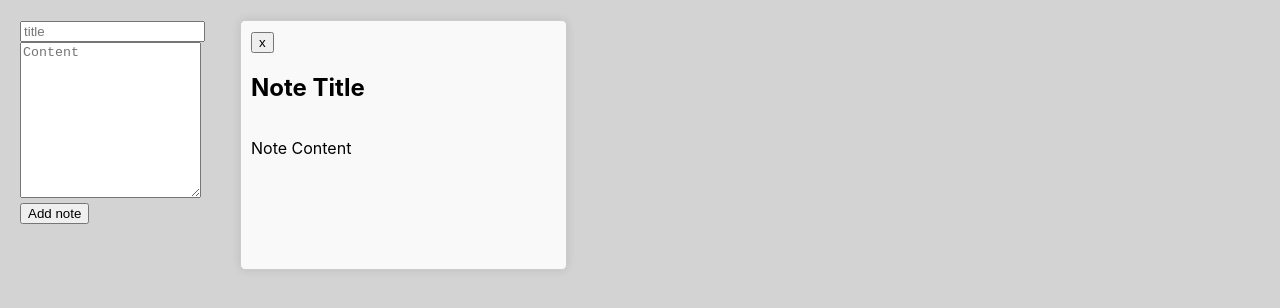
Repository: karolina-rachuta/Notes_React_Node_Js
Page: /
An editor plug-in stored every save of this project. The page is shown before and after the next save, followed by the edit.
The browser window is 1280 px wide. The pictures show the whole page.
The project was rebuilt for these pictures with package versions that can differ from the ones it lists, and the page was loaded fresh each time.

Above is the page before, as saved 2024-08-10 21:45:15.

After the next save:
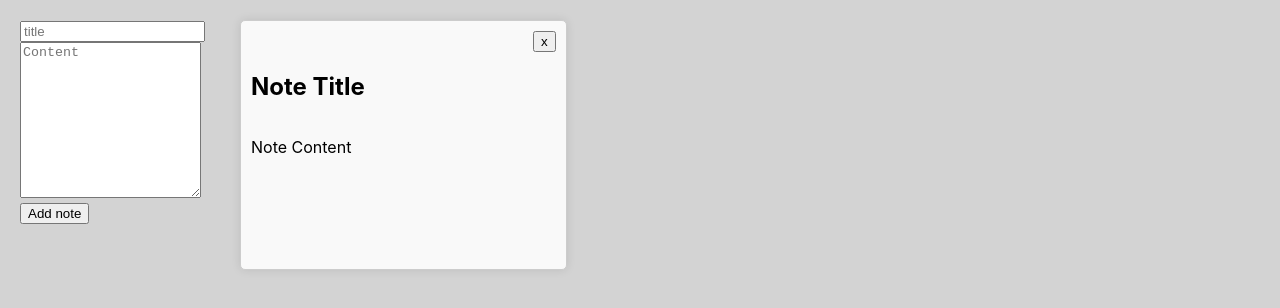
Saved 19 s later.
--- a/src/App.css
+++ b/src/App.css
@@ -33,10 +33,10 @@ body {
   cursor: pointer;
 }
 
-/* .notes-header {
+.notes-header {
   display: flex;
   justify-content: flex-end;
-} */
+}
 
 /* .notes-header button {
   font-size: 16px;
